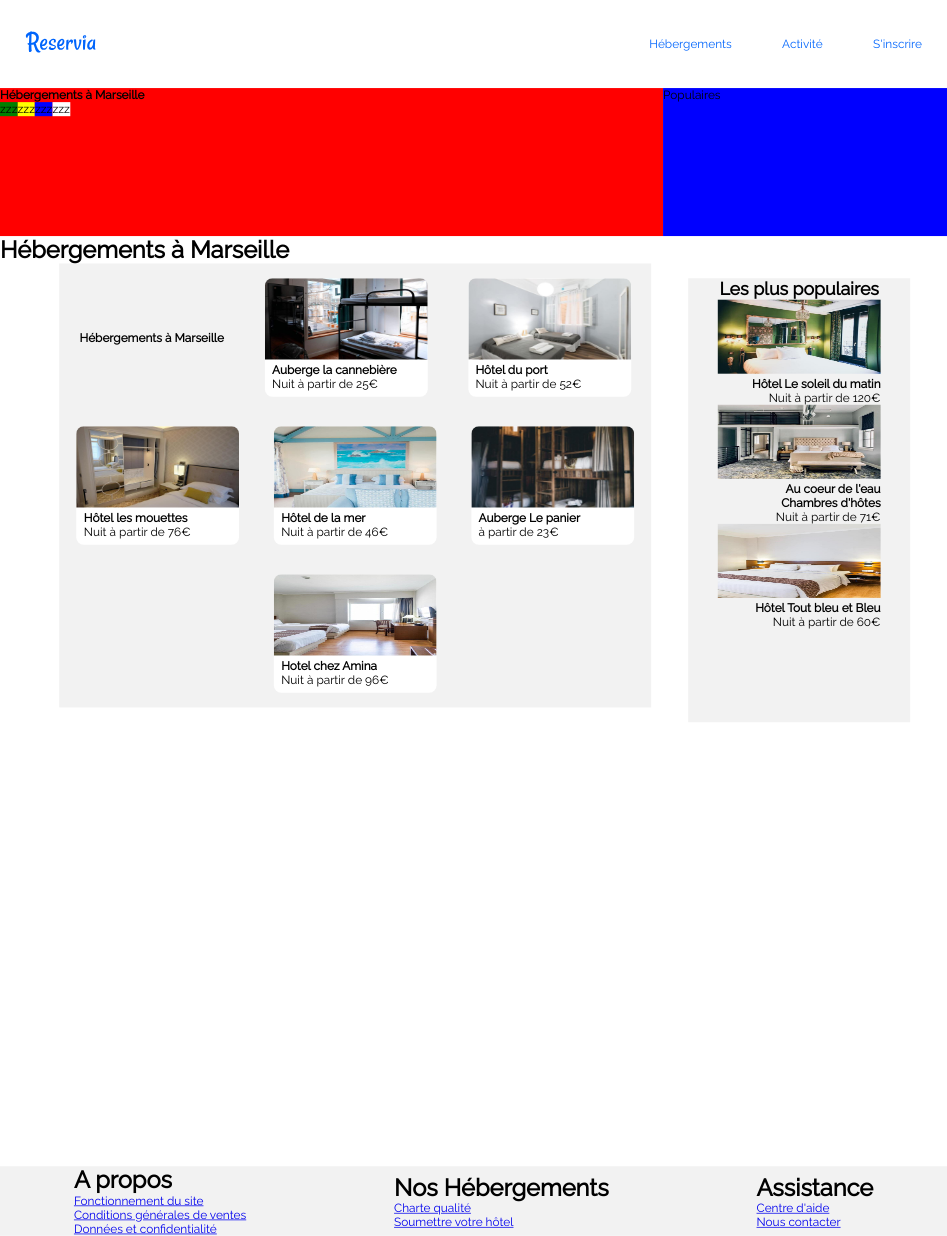
Repository: SoumareHarona/Soumaraharona_P2_18052021
Page: reservia.html
The author's editor kept a copy of each file at every save. The page is drawn from the files as they stood at one save, then again after the next save.
The browser window is 1280 px wide. The pictures show the whole page, at 74% of full size.

Above is the page before, as saved 2021-06-14 16:05:15.

### reservia.html
<!DOCTYPE html>
<html lang="fr">
    <head>
        <link rel="preconnect" href="https://fonts.gstatic.com">
        <link href="https://fonts.googleapis.com/css2?family=Raleway:wght@100&display=swap" rel="stylesheet">
        <meta charset="utf-8">
        <title>Réservia</title>
        <link rel="stylesheet" href="style.css">
        <link rel="icon" type="image/png" sizes="16x16" href="images/logo/Reservia@3x.png">
    </head>

    <body>
        <header>

            <nav class="navbar">
                <ul>
                    <li class="navbar-logo"><a href="#"><img class="logo" src="images/logo/Reservia.svg"></a></li>
                    <li class="=navbar-links"><a href="#">Hébergements</a></li>
                    <li class="navbar-links"><a href="#">Activité</a></li>
                    <li class="navbar-links"><a href="#">S'inscrire</a></li>
                </ul>
            </nav>

        </header>

        <div class="hebEtPop">
            <div class="heb" style="background-color: red;">
                <p class="titre"><b>Hébergements à Marseille</b></p>
                <div class="cards" style="display: flex;">

                    <div class="card" style="background-color: green;">zzz</div>
                    <div class="card" style="background-color: yellow;">zzz</div>
                    <div class="card" style="background-color: blue;">zzz</div>
                    <div class="card" style="background-color: white;">zzz</div>

                </div>

            </div>
            <div class="pop" style="background-color: blue;height: 200px;">Populaires</div>
        </div>

        <div><h1>Hébergements à Marseille</h1></div>


            <div id="hebergements">
                <div class="titre"><p><b>Hébergements à Marseille</b></p></div>
                <div class="items">
                    <a href="#"><img class="mosaique" src="images/hebergements/4_small/marcus-loke-WQJvWU_HZFo-unsplash.jpg" alt="" ></a>
                    <p><b>Auberge la cannebière</b><br>Nuit à partir de 25€</p>
                </div>

                <div class="items">
                    <a href="#"><img class="mosaique" src="images/hebergements/4_small/fred-kleber-gTbaxaVLvsg-unsplash.jpg" alt="" ></a>
                    <p><b>Hôtel du port</b><br> Nuit à partir de 52€</p>
                </div>

                <div class="items">
                    <a href="#"><img class="mosaique" src="images/hebergements/4_small/reisetopia-B8WIgxA_PFU-unsplash.jpg" alt="" ></a>
                    <p><b>Hôtel les mouettes</b><br>Nuit à partir de 76€</p>
                </div>

                <div class="items">
                    <a href="#"><img class="mosaique" src="images/hebergements/4_small/annie-spratt-Eg1qcIitAuA-unsplash.jpg" alt="" ></a>
                    <p><b>Hôtel de la mer</b> <br> Nuit à partir de 46€</p>
                </div>

                <div class="items">
                    <a href="#"><img class="mosaique" src="images/hebergements/4_small/nicate-lee-kT-ZyaiwBe0-unsplash.jpg" alt=""  ></a>
                    <p><b>Auberge Le panier</b><br> à partir de 23€</p>
                </div>

                <div class="items">
                    <a href="#"><img class="mosaique" src="images/hebergements/4_small/febrian-zakaria-M6S1WvfW68A-unsplash.jpg" alt="" ></a>
                    <p><b>Hotel chez Amina</b><br> Nuit à partir de 96€</p>
                </div>
            </div>

            <aside>
                <h2>Les plus populaires</h2>
                <div class="item-aside">
                    <a href="#"><img src="images/hebergements/4_small/emile-guillemot-Bj_rcSC5XfE-unsplash.jpg" alt="" height="100" width="220"></a>
                    <p><b>Hôtel Le soleil du matin</b><br>Nuit à partir de 120€</p>
                </div>

                <div class="item-aside">
                    <a href="#"><img src="images/hebergements/4_small/aw-creative-VGs8z60yT2c-unsplash.jpg" alt="" height="100" width="220"></a>
                    <p><b>Au coeur de l'eau</b><br><b>Chambres d'hôtes</b><br>Nuit à partir de 71€</p>
                </div>

                <div class="item-aside">
                    <a href="#"><img src="images/hebergements/4_small/febrian-zakaria-sjvU0THccQA-unsplash.jpg" alt="" height="100" width="220"></a>
                    <p><b>Hôtel Tout bleu et Bleu</b><br>Nuit à partir de 60€</p>
                </div>
        </aside>

        <footer>
            <div id="footer">
                <div class="item-footer">
                    <h1>A propos</h1>
                    <ul>
                        <li><a href="#">Fonctionnement du site</a></li>
                        <li><a href="#">Conditions générales de ventes</a></li>
                        <li><a href="#">Données et confidentialité</a></li>
                    </ul>
                </div>

                <div class="item-footer">
                    <h1>Nos Hébergements</h1>
                    <ul>
                        <li><a href="#">Charte qualité</a></li>
                        <li><a href="#">Soumettre votre hôtel</a></li>
                    </ul>
                </div>

                <div class="item-footer">
                    <h1>Assistance</h1>
                    <ul>
                        <li><a href="#">Centre d'aide</a></li>
                        <li><a href="#">Nous contacter</a></li>
                    </ul>
                </div>
            </div>
        </footer>
    </body>
</html>

### style.css
@import url("https://fonts.googleapis.com/css2?family=Raleway&display=swap");

* {
  margin: 0;
  padding: 0;
  box-sizing: border-box;
  font-family: "Raleway";
}
.navbar ul {
  display: flex;
  width: 100%;
  align-items: center;
  background-color: white;
}

.navbar li {
  list-style-type: none;
  padding: 1.5rem;
  margin: 10px;
}

.navbar a {
  text-decoration: none;
  color: #0065fc;
}
.navbar-logo {
  flex: 1;
  font-size: 1.5rem;
  user-select: none;
}

.navbar-links : :hover {
  background-color: #deebff;
}

.titre {
  display: flex;
  justify-content: flex-start;
  margin: 0;
}
#hebergements {
  display: flex;
  flex-wrap: wrap;
  justify-content: space-around;
  max-width: 800px;
  width: 80%;
  background-color: #f2f2f2;
  margin-left: 80px;
  align-items: center;
  height: 600px;
  border: 30px;
}

.items {
  width: 220px;
  height: 160px;
  background-color: white;
  border-radius: 10px;
  align-items: center;
  border: 20px;
}
.items img {
  width: 220px;
  height: 110px;
  border-top-left-radius: 10px;
  border-top-right-radius: 10px;
}

.items p {
  margin-left: 10px;
}

aside {
  display: flex;
  flex-direction: column;
  float: right;
  height: 600px;
  width: 300px;
  text-align: right;
  margin-top: 20px;
  background-color: #f2f2f2;
  position: relative;
  top: -600px;
  margin-right: 50px;
  align-items: center;
}

.item-footer ul {
  list-style-type: none;
}

.item-footer li {
  align-items: center;
}
#footer {
  display: flex;
  justify-content: space-around;
  flex-wrap: wrap;
  align-items: center;
  background-color: #f2f2f2;
  max-width: 1400px;
  width: 100%;
}

.hebEtPop {
  display: flex;
  flex-wrap: wrap;
}

.heb {
  width: 70%;
}
.pop {
  width: 30%;
}

/* tablet */
@media screen and (min-width: 768px) and (max-width: 1023px) {
  .heb {
    order: 2;
    width: 100%;
  }
  .pop {
    order: 1;
    width: 100%;
  }
}

/* mobile */
@media screen and (max-width: 767px) {
}

/*
@media (max-width: 600px) {
        .navbar ul {
            flex-wrap: wrap;
        }
        .navbar-links {
            width: 100%;
            text-align: center;
        }
        .aside {
            display: flex;
            flex-direction: row;
            width: 100%;

        }

} */

After the next save:
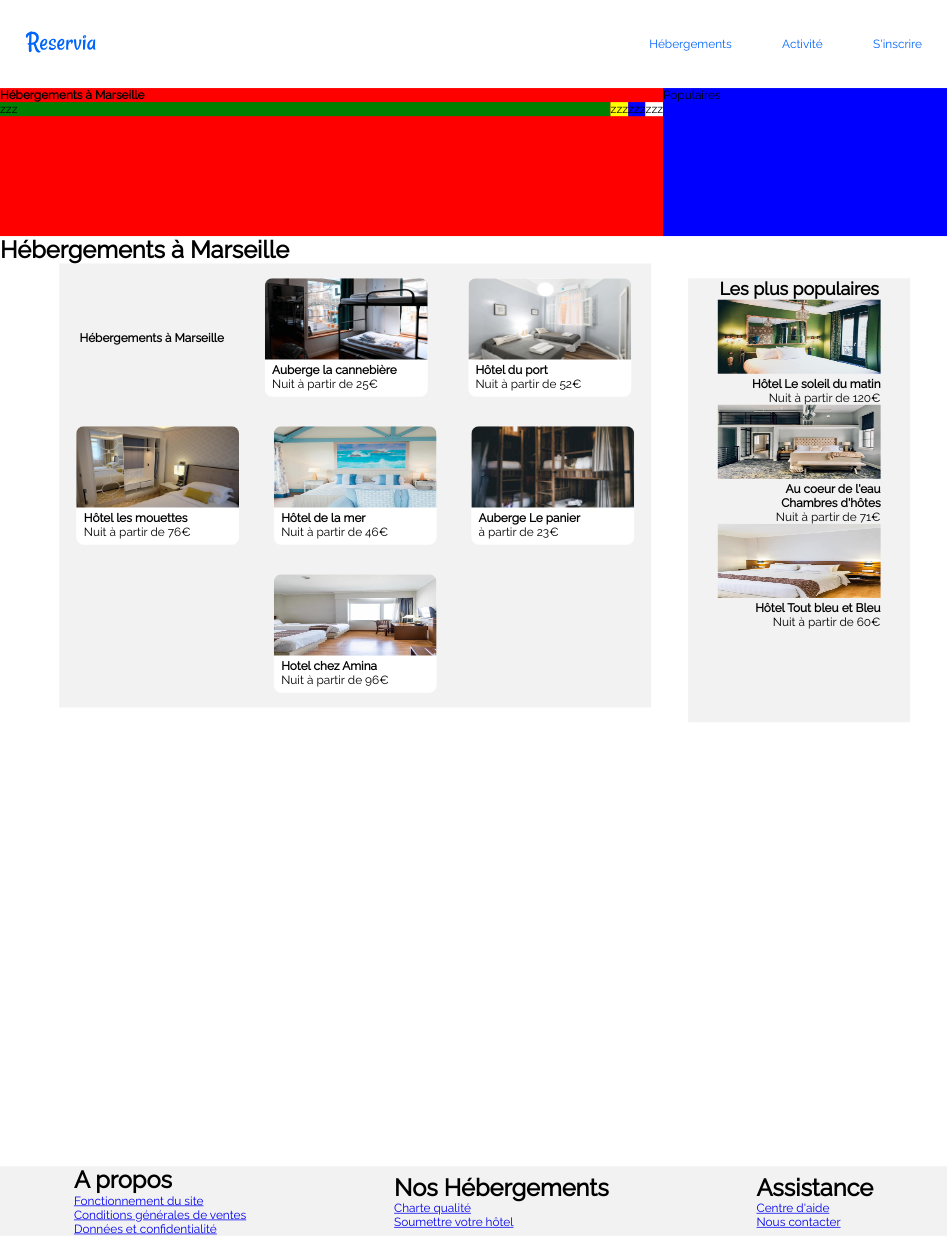
Saved 12 s later.
--- a/reservia.html
+++ b/reservia.html
@@ -28,7 +28,7 @@
                 <p class="titre"><b>Hébergements à Marseille</b></p>
                 <div class="cards" style="display: flex;">
 
-                    <div class="card" style="background-color: green;">zzz</div>
+                    <div class="card" style="background-color: green;width: 100%;">zzz</div>
                     <div class="card" style="background-color: yellow;">zzz</div>
                     <div class="card" style="background-color: blue;">zzz</div>
                     <div class="card" style="background-color: white;">zzz</div>
